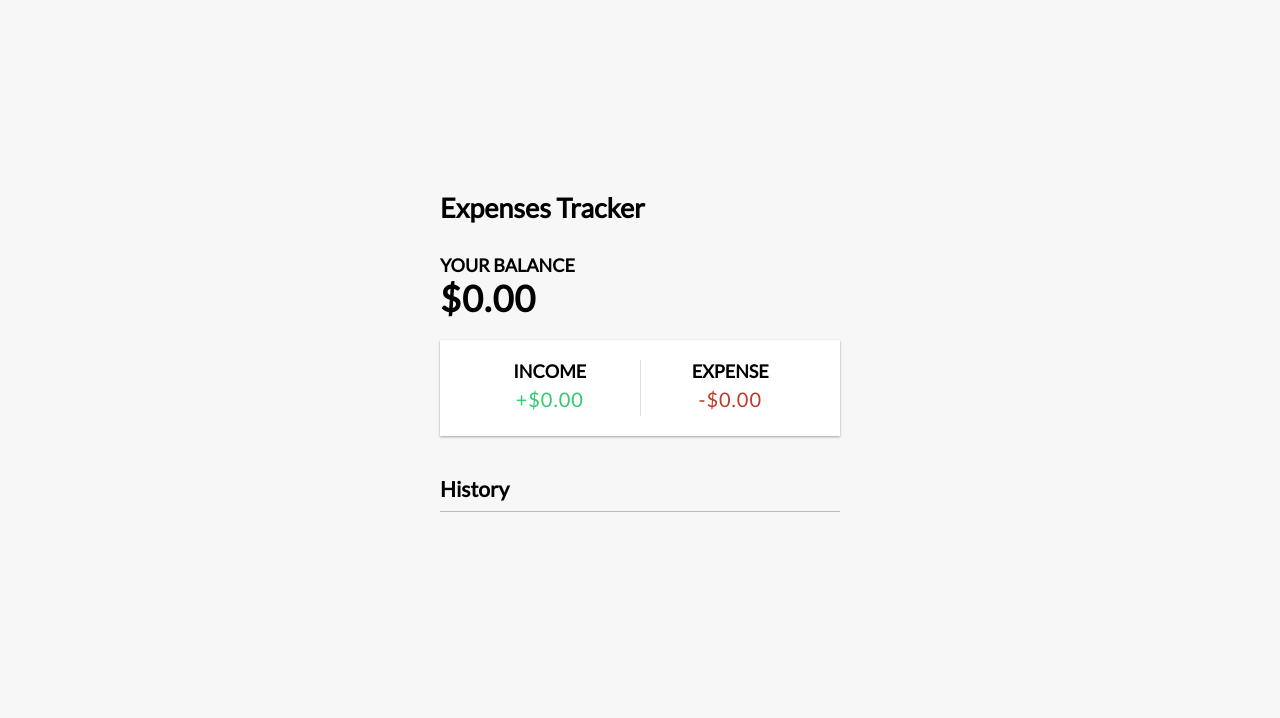
Repository: AyushMahatara/VUE-expense-tracker-app
Page: /
An editor plug-in stored every save of this project. The page is shown before and after the next save, followed by the edit.
The browser window is 1280 px wide. The pictures show the whole page.
The project was rebuilt for these pictures with package versions that can differ from the ones it lists, and the page was loaded fresh each time. Also part of the build but not shown: vite.config.js.

Above is the page before, as saved 2023-12-29 14:19:10.

### index.html
<!DOCTYPE html>
<html lang="en">
  <head>
    <meta charset="UTF-8" />
    <link rel="icon" href="/public/favicon.ico" />
    <meta name="viewport" content="width=device-width, initial-scale=1.0" />
    <title>Expense Tracker</title>
  </head>
  <body>
    <div id="app"></div>
    <script type="module" src="/src/main.js"></script>
  </body>
</html>

### src/assets/style.css
@import url("https://fonts.googleapis.com/css?family=Lato&display=swap");

:root {
  --box-shadow: 0 1px 3px rgba(0, 0, 0, 0.12), 0 1px 2px rgba(0, 0, 0, 0.24);
}

* {
  box-sizing: border-box;
}

body {
  background-color: #f7f7f7;
  display: flex;
  flex-direction: column;
  align-items: center;
  justify-content: center;
  min-height: 100vh;
  margin: 0;
  font-family: "Lato", sans-serif;
  font-size: 18px;
}

.container {
  margin: 30px auto;
  width: 400px;
}

h1 {
  letter-spacing: 1px;
  margin: 0;
}

h3 {
  border-bottom: 1px solid #bbb;
  padding-bottom: 10px;
  margin: 40px 0 10px;
}

h4 {
  margin: 0;
  text-transform: uppercase;
}

.inc-exp-container {
  background-color: #fff;
  box-shadow: var(--box-shadow);
  padding: 20px;
  display: flex;
  justify-content: space-between;
  margin: 20px 0;
}

.inc-exp-container > div {
  flex: 1;
  text-align: center;
}

.inc-exp-container > div:first-of-type {
  border-right: 1px solid #dedede;
}

.money {
  font-size: 20px;
  letter-spacing: 1px;
  margin: 5px 0;
}

.money.plus {
  color: #2ecc71;
}

.money.minus {
  color: #c0392b;
}

label {
  display: inline-block;
  margin: 10px 0;
}

input[type="text"],
input[type="number"] {
  border: 1px solid #dedede;
  border-radius: 2px;
  display: block;
  font-size: 16px;
  padding: 10px;
  width: 100%;
}

.btn {
  cursor: pointer;
  background-color: #9c88ff;
  box-shadow: var(--box-shadow);
  color: #fff;
  border: 0;
  display: block;
  font-size: 16px;
  margin: 10px 0 30px;
  padding: 10px;
  width: 100%;
}

.btn:focus,
.delete-btn:focus {
  outline: 0;
}

.list {
  list-style-type: none;
  padding: 0;
  margin-bottom: 40px;
}

.list li {
  background-color: #fff;
  box-shadow: var(--box-shadow);
  color: #333;
  display: flex;
  justify-content: space-between;
  position: relative;
  padding: 10px;
  margin: 10px 0;
}

.list li.plus {
  border-right: 5px solid #2ecc71;
}

.list li.minus {
  border-right: 5px solid #c0392b;
}

.delete-btn {
  cursor: pointer;
  background-color: #e74c3c;
  border: 0;
  color: #fff;
  font-size: 20px;
  line-height: 20px;
  padding: 2px 5px;
  position: absolute;
  top: 50%;
  left: 0;
  transform: translate(-100%, -50%);
  opacity: 0;
  transition: opacity 0.3s ease;
}

.list li:hover .delete-btn {
  opacity: 1;
}

### src/App.vue
<template>
  <Header />
  <Balance />
  <IncomeExpenses />
</template>

<script setup>
import Header from "./components/Header.vue";
import Balance from "./components/Balance.vue";
import IncomeExpenses from "./components/IncomeExpense.vue";
</script>

### src/components/Header.vue
<template>
  <h2>Expenses Tracker</h2>
</template>

<script></script>

### src/components/Balance.vue
<template>
  <div class="container">
    <h4>Your Balance</h4>
    <h1 id="balance">$0.00</h1>

    <div class="inc-exp-container">
      <div>
        <h4>Income</h4>
        <p id="money-plus" class="money plus">+$0.00</p>
      </div>
      <div>
        <h4>Expense</h4>
        <p id="money-minus" class="money minus">-$0.00</p>
      </div>
    </div>
  </div>
</template>

### src/components/IncomeExpense.vue
<template>
  <h3>History</h3>
  <ul id="list" class="list">
    <!-- <li class="minus">
          Cash <span>-$400</span><button class="delete-btn">x</button>
        </li> -->
  </ul>
</template>

### src/components/AddTransaction.vue
<template>
  <h3>Add new transaction</h3>
  <form id="form">
    <div class="form-control">
      <label for="text">Text</label>
      <input type="text" id="text" placeholder="Enter text..." />
    </div>
    <div class="form-control">
      <label for="amount"
        >Amount <br />
        (negative - expense, positive - income)</label
      >
      <input type="number" id="amount" placeholder="Enter amount..." />
    </div>
    <button class="btn">Add transaction</button>
  </form>
</template>

Loaded but not shown: src/main.js (common file)

After the next save:
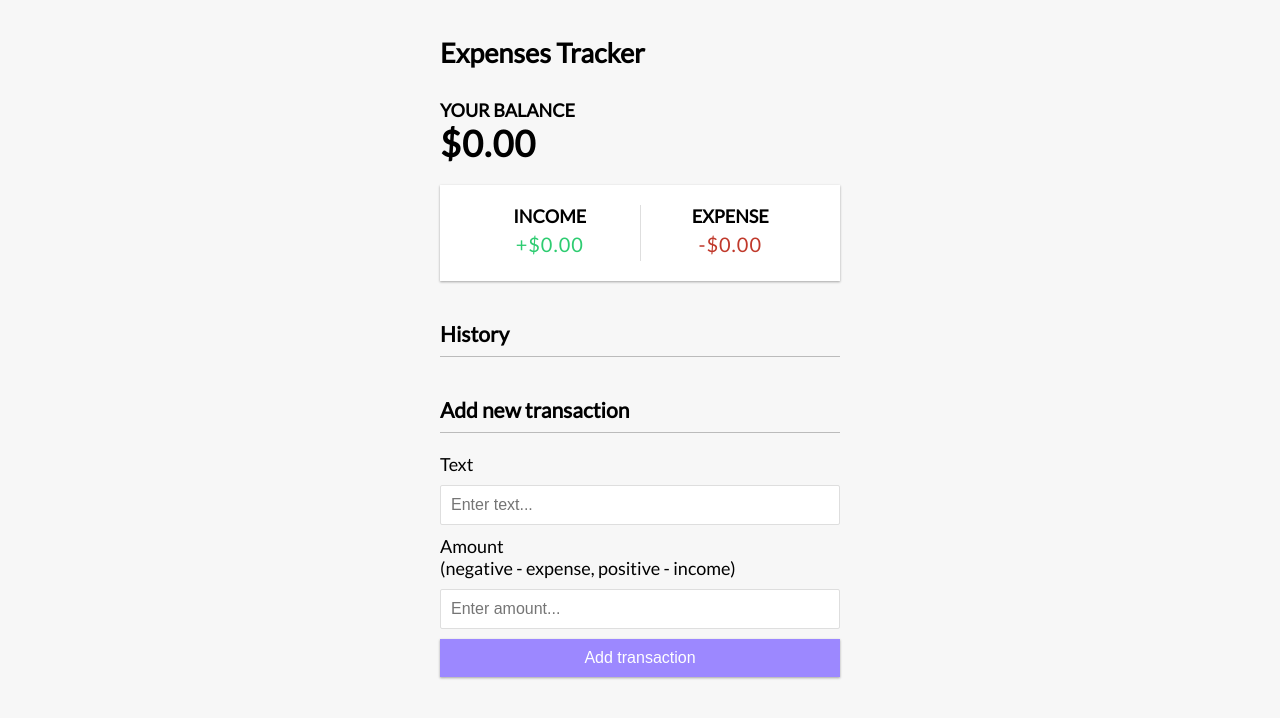
Saved 21 s later.
--- a/src/App.vue
+++ b/src/App.vue
@@ -2,10 +2,12 @@
   <Header />
   <Balance />
   <IncomeExpenses />
+  <AddTransaction />
 </template>
 
 <script setup>
 import Header from "./components/Header.vue";
 import Balance from "./components/Balance.vue";
 import IncomeExpenses from "./components/IncomeExpense.vue";
+import AddTransaction from "./components/AddTransaction.vue";
 </script>
